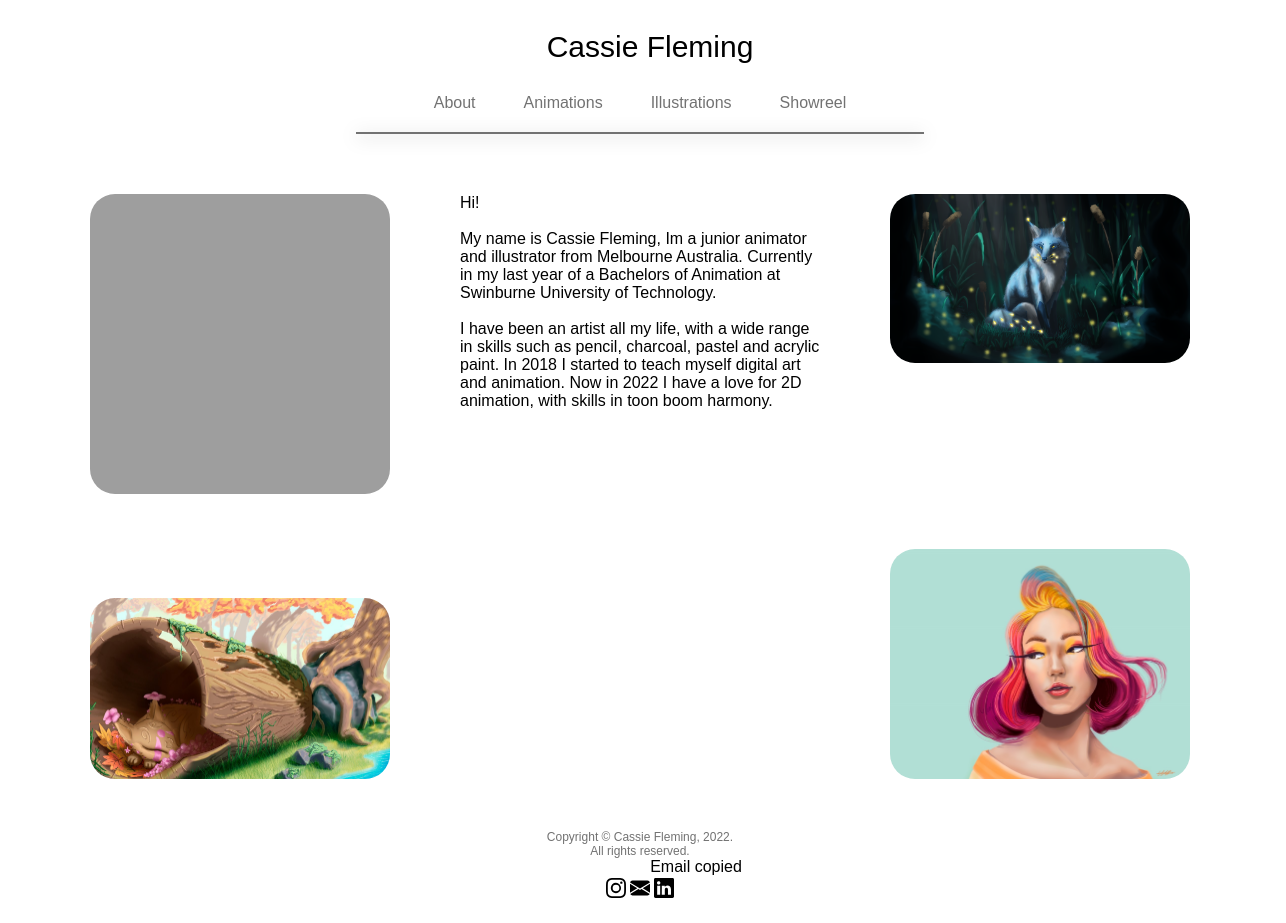
Repository: David-Waite/Cassie-Fleming-portfolio
Page: /
These files come from the project's save history. The page is drawn as it stood at one moment and after a run of saves; the edit follows.
The browser window is 1280 px wide. The page is 1286 px wide, then 1280 px, so the pictures cover 1286 px, including what lies to the right of the window. The pictures show the whole page.
Pictures or frames that could not be fetched are drawn as grey boxes. Some web fonts or font styles are not loaded; a fallback is used. The project was rebuilt for these pictures with package versions that can differ from the ones it lists, and the page was loaded fresh each time. The framework's server and built-in components were replaced by stand-ins that run in the browser. Also part of the build but not shown: next.config.js.

Above is the page before, as saved 2022-09-11 17:47:46.

### pages/index.js
import Head from "next/head";
import Image from "next/image";
import styles from "../styles/Home.module.css";

export default function Home() {
  return (
    <div className={styles.layout}>
      <div className={`${styles.photoContainer} ${styles.photoContainerLeft}`}>
        <div>
          <Image
            className={styles.photo}
            src="/Cassie.png"
            height={3024}
            width={3024}
            alt="Photo of me, Cassie Fleming"
          />
        </div>
        <div className={styles.photo}>
          <Image
            className={styles.photo}
            src="/cherry blossom.2.jpg"
            height={725}
            width={1200}
            alt="Cherry Blossom covered fox, taking a nap in a hollowed tree log, by the river"
          />
        </div>
      </div>

      <div className={styles.aboutText}>
        Hi!
        <br />
        <br />
        My name is Cassie Fleming, Im a junior animator and illustrator from
        Melbourne Australia. Currently in my last year of a Bachelors of
        Animation at Swinburne University of Technology.
        <br />
        <br /> I have been an artist all my life, with a wide range in skills
        such as pencil, charcoal, pastel and acrylic paint. In 2018 I started to
        teach myself digital art and animation. Now in 2022 I have a love for 2D
        animation, with skills in toon boom harmony.
      </div>
      <div className={styles.photoContainer}>
        <div className={styles.photo}>
          <Image
            className={styles.photo}
            src="/fox.png"
            height={1080}
            width={1920}
            alt="glowing fox"
          />
        </div>
        <div className={styles.photo}>
          <Image
            className={styles.photo}
            src="/Inkedhuman.jpg"
            height={930}
            width={1211}
            alt="girl with cool hair a swaggie eyes"
          />
        </div>
      </div>
    </div>
  );
}

### components/Layout.js
import Link from "next/link";
import React, { useState } from "react";
import { Instagram, Linkedin, EnvelopeFill } from "react-bootstrap-icons";

export default function Layout({ children }) {
  const [navClass, setNavClass] = useState("");

  function toggleNav() {
    setNavClass((navClass) => {
      return navClass === "change" ? "" : "change";
    });
  }

  return (
    <div className={`layout ${navClass}`}>
      <header className="header">
        <h1>
          <Link href="/">
            <a>Cassie Fleming</a>
          </Link>
        </h1>

        <div className="navbar-icon" onClick={toggleNav}>
          <div className="bar1"></div>
          <div className="bar2"></div>
          <div className="bar3"></div>
        </div>

        <nav>
          <Link href="/">
            <a>About</a>
          </Link>
          <Link href="/">
            <a>Animations</a>
          </Link>
          <Link href="/">
            <a>Illustrations</a>
          </Link>
          <Link href="/">
            <a>Showreel</a>
          </Link>
        </nav>
      </header>
      <div className="navbar-line"></div>

      {children}
      <footer>
        <p>Copyright &copy; Cassie Fleming, 2022.</p>
        <p>All rights reserved.</p>
        <div className="social">
          <span>
            <Link href="https://www.instagram.com/cass_illustrations/">
              <a target="_blank">
                <Instagram />
              </a>
            </Link>
          </span>
          <div
            className="email"
            onClick={() => {
              navigator.clipboard.writeText("cassie.fleming2000@gmail.com");
            }}
          >
            <EnvelopeFill />
            <span>Email copied</span>
          </div>
          <span>
            <Link href="http://www.linkedin.com/in/cassie-fleming-500a56204">
              <a target="_blank">
                <Linkedin />
              </a>
            </Link>
          </span>
        </div>
      </footer>
    </div>
  );
}

### styles/globals.css
@import url("https://fonts.googleapis.com/css2?family=Zen+Maru+Gothic:wght@300;400;500;700&display=swap");

* {
  font-family: "Zen Maru Gothic", sans-serif;
  box-sizing: border-box;
  margin: 0;
  padding: 0;
}

.layout {
  margin: 30px 30px 0;
  display: flex;
  flex-direction: column;
  align-items: center;
  position: relative;
  min-height: calc(100vh - 30px);

  padding-bottom: 140px;
  text-align: center;
}

h1 {
  font-weight: 400;
  font-size: 30px;
  margin-bottom: 30px;
  margin-left: 20px;
}

a:hover {
  color: black;
}

a {
  text-decoration: none;
  color: black;
}
.hover {
  color: red;
}
nav a {
  color: #727272;
  margin: 24px;
  font-size: 16px;
}
.navbar-line {
  width: 568px;
  box-shadow: rgba(0, 0, 0, 0.35) 0px 3px 17px;
  margin: 20px 0 60px;
  border: #727272 solid 1px;
}
footer {
  position: absolute;
  bottom: 0px;
  font-size: 12px;
  color: #727272;
}
/* navBar icon */
.navbar-icon {
  display: none;
  cursor: pointer;
  margin-right: 20px;
}

.bar1,
.bar2,
.bar3 {
  width: 20px;
  height: 3px;
  background-color: #727272;
  margin: 4px 0;
  transition: 0.4s;
  border-radius: 5px;
}

.change .bar1 {
  transform: translate(0, 7px) rotate(-45deg);
}

.change .bar2 {
  opacity: 0;
}

.change .bar3 {
  transform: translate(0, -7px) rotate(45deg);
}

.social {
  display: flex;
  justify-content: center;
  padding: 20px;
}
.social span {
  color: black;
  margin: 0 4px;
  cursor: pointer;
  font-size: 20px;
}

.email {
  position: relative;
  font-size: 20px;
  color: black;
}
.email span {
  position: absolute;
  font-size: 16px;
  width: calc(100vw - 100px);
  text-align: center;
  top: -20px;
  right: -50vw;
}

@media (max-width: 810px) {
  .layout {
    margin: 20px 20px 0;
  }
  header {
    position: relative;
    display: flex;
    align-items: center;
    justify-content: space-between;
    width: 100vw;
  }
  .navbar-icon {
    display: inline-block;
  }
  h1 {
    font-size: 20px;
    margin-bottom: 0;
  }

  nav {
    position: absolute;
    top: 50px;
    display: flex;
    flex-direction: column;
    width: 100vw;
    height: 0px;
    transition: 0.5s;
    z-index: 1;
    background-color: white;
    overflow: hidden;
  }
  nav a {
    display: flex;
    justify-content: center;
    align-items: center;
    margin: 0;
    height: 50px;
  }
  .change nav {
    height: 100vh;
  }
  a:hover {
    background-color: #c4c3c3;
  }

  .navbar-line {
    width: 100vw;
  }
  .change .layout {
    margin-top: 20px;
  }
}

### styles/Home.module.css
.layout {
  display: grid;
  grid-template-columns: 1fr 1fr 1fr;
  gap: 70px;
}

.aboutText {
  max-width: 600px;
  min-width: 300px;
  text-align: start;
}

.photoContainer {
  display: flex;
  flex-direction: column;
  justify-content: space-between;
  max-width: 300px;
  gap: 100px;
}

.photoContainerLeft {
  margin-left: auto;
}
.photo {
  border-radius: 25px;
}
.profile {
  display: none;
}

@media (max-width: 1000px) {
  .layout {
    gap: 20px;
  }
}
@media (max-width: 810px) {
  .layout {
    display: inline;
  }
  .photo {
    display: none;
  }
  .photoContainerLeft {
    margin: 0 auto 30px;
    max-width: 400px;
  }
  .aboutText {
    max-width: 400px;
  }
}

Loaded but not shown: pages/_app.js (common file)

After the next 3 saves:
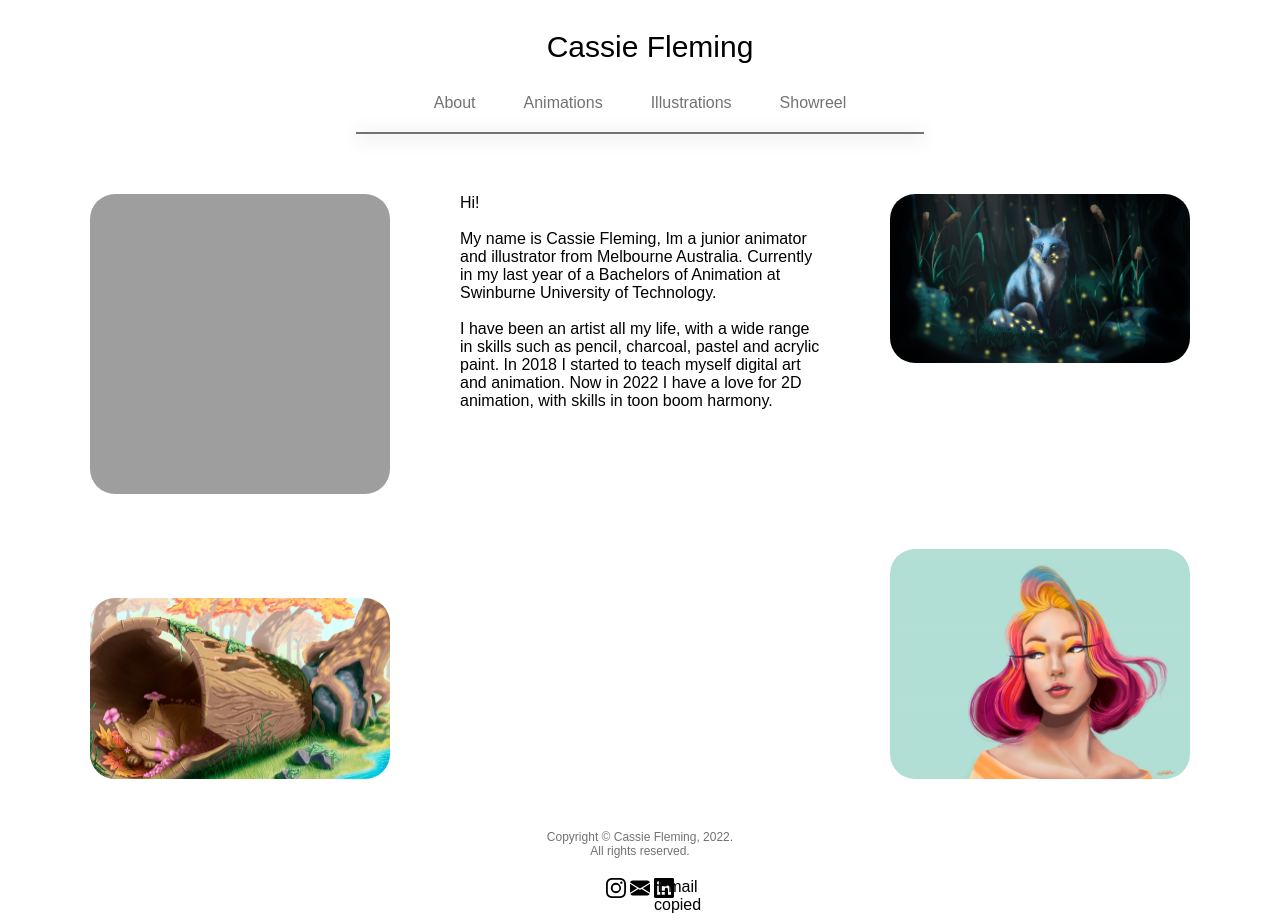
The 3 saves are shown as one change because they came seconds apart.
The last was saved 10 s later.
--- a/styles/globals.css
+++ b/styles/globals.css
@@ -104,10 +104,8 @@ footer {
 .email span {
   position: absolute;
   font-size: 16px;
-  width: calc(100vw - 100px);
+
   text-align: center;
-  top: -20px;
-  right: -50vw;
 }
 
 @media (max-width: 810px) {
